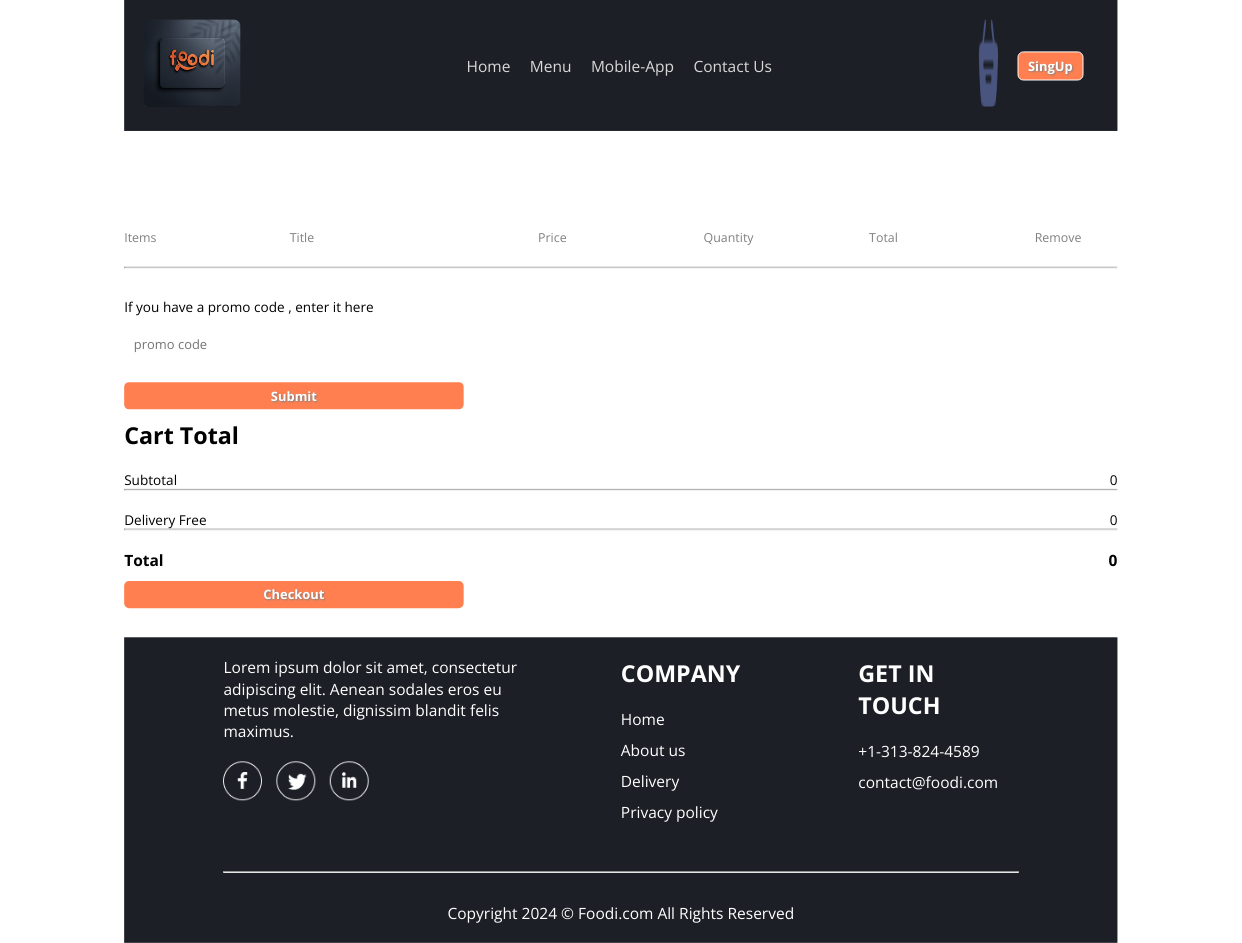
Repository: LolaSL/food-delivery-app
Page: /order (app in frontend/)
An editor plug-in stored every save of this project. The page is shown before and after the next save, followed by the edit.
The browser window is 1280 px wide. The pictures show the whole page, at 97% of full size.
The page's requests for data from a server got no answer. The project was rebuilt for these pictures with package versions that can differ from the ones it lists, and the page was loaded fresh each time. No one was signed in, and anything a server would have sent is missing. Also part of the build but not shown: frontend/vite.config.js, frontend/src/components/header/Header.jsx, frontend/src/components/explore/Explore.css, frontend/src/components/explore/Explore.jsx, frontend/src/components/foodDisplay/FoodDisplay.css, frontend/src/components/foodItem/FoodItem.css, frontend/src/components/foodItem/FoodItem.jsx, frontend/src/components/foodDisplay/FoodDisplay.jsx and 8 more.

Above is the page before, as saved 2024-05-28 20:43:51.

### frontend/index.html
<!doctype html>
<html lang="en">
  <head>
    <meta charset="UTF-8" />
    <link rel="icon" type="image/svg+xml" href="/vite.svg" />

    <meta name="viewport" content="width=device-width, initial-scale=1.0" />
    <link rel="preconnect" href="https://fonts.googleapis.com">
<link rel="preconnect" href="https://fonts.gstatic.com" crossorigin>
<link href="https://fonts.googleapis.com/css2?family=Open+Sans:ital,wght@0,300..800;1,300..800&display=swap" rel="stylesheet">
    <title>Food Delivery Application</title>
  </head>
  <body>
    <div id="root"></div>
    <script type="module" src="/src/main.jsx"></script>
  </body>
</html>

### frontend/src/main.jsx

import ReactDOM from 'react-dom/client';
import App from './App.jsx';
import './index.css';
import { BrowserRouter } from 'react-router-dom';
import StoreContextProvider from './context/StoreContext.jsx';

ReactDOM.createRoot(document.getElementById('root')).render(
  <BrowserRouter>
    <StoreContextProvider >
      <App />
    </StoreContextProvider>
  </BrowserRouter>
);

### frontend/src/App.jsx
import Navbar from "./components/navbar/Navbar.jsx";
import Home from "./pages/home/Home.jsx";
import { Routes, Route } from "react-router-dom";
import Cart from "./components/cart/Cart.jsx";
import PlaceOrder from "./components/order/PlaceOrder.jsx";
import Footer from "./components/footer/Footer.jsx";
import { useState } from "react";
import Login from "./components/login/Login.jsx";
import Verify from "./pages/verify/Verify.jsx";
import MyOrders from "./pages/myOrders/MyOrders.jsx";



function App() {

  const [showLogin, setShowLogin] = useState(false);

  return (
    <>
      {showLogin ? <Login setShowLogin={setShowLogin} /> : <div></div>}
      <div className="app">
        <Navbar setShowLogin={setShowLogin} />
        <Routes>
          <Route path="/" element={<Home />} />
          <Route path="/cart" element={<Cart />} />
          <Route path="/order" element={<PlaceOrder />} />
          <Route path="/verify" element={<Verify />} />
          <Route path="/myorders" element={<MyOrders/>} />
        </Routes>
        <Footer />
      </div>
    </>
  );
}

export default App;

### frontend/src/index.css
*{
  padding:0;
  margin:0;
  box-sizing: border-box;
  font-family: "Open Sans", sans-serif;
  scroll-behavior: smooth;
}

body{
  min-height: 100vh;

}
a{
  text-decoration: none;
  color: inherit;
}
.app{
  width: 80%;
  margin: auto;

}
@keyframes fadeIn {
0%{
  opacity: 0;
}
  100%{
    opacity:1;
  }
}

### frontend/src/context/StoreContext.jsx
import { useState, createContext, useEffect } from "react";
import PropTypes from "prop-types";
import axios from "axios";

export const StoreContext = createContext(null);

const StoreContextProvider = ({ children }) => {

  const [cartItems, setCartItems] = useState({});

  const url = "http://localhost:4000";

  const [token, setToken] = useState("");

  const [food_list, setFoodList] = useState([]);

  const addToCart = async (itemId) => {
    if (!cartItems[itemId]) {
      setCartItems((prev) => ({ ...prev, [itemId]: 1 }));
    } else {
      setCartItems((prev) => ({ ...prev, [itemId]: prev[itemId] + 1 }));
    }
    if (token) {
      await axios.post(
        url + "/api/cart/add",
        { itemId },
        { headers: { token } }
      );
    }
  };

  const removeFromCart = async (itemId) => {
    setCartItems((prev) => ({ ...prev, [itemId]: prev[itemId] - 1 }));
    if (token) {
      await axios.post(
        url + "/api/cart/remove",
        { itemId },
        { headers: { token } }
      );
    }
  };

  const getTotalCartAmount = () => {
    let totalAmount = 0;
    for (const item in cartItems) {
      if (cartItems[item] > 0) {
        let itemInfo = food_list.find((product) => product._id === item);
        totalAmount += itemInfo.price * cartItems[item];
      }
    }
    return totalAmount;
  };

  const fetchFoodList = async () => {
    const response = await axios.get(url + "/api/food/list");
    setFoodList(response.data.data);
  };

  const loadCartData = async (token) => {
    const response = await axios.post(
      url + "/api/cart/get",
      {},
      { headers: { token } }
    );

    setCartItems(response.data.cartData);
  };

  useEffect(() => {
    async function loadData() {
      await fetchFoodList();
      if (localStorage.getItem("token")) {
        setToken(localStorage.getItem("token"));
        await loadCartData(localStorage.getItem("token"));
      }
    }
    loadData();
  }, []);

  const contextValue = {
    food_list,
    cartItems,
    setCartItems,
    addToCart,
    removeFromCart,
    getTotalCartAmount,
    url,
    token,
    setToken,
  };

  return (
    <StoreContext.Provider value={contextValue}>
      {children}
    </StoreContext.Provider>
  );
};

StoreContextProvider.propTypes = {
  children: PropTypes.oneOfType([
    PropTypes.arrayOf(PropTypes.node),
    PropTypes.node,
  ]).isRequired,
};

export default StoreContextProvider;

### frontend/src/components/navbar/Navbar.jsx
import { useContext, useState } from "react";
import "./Navbar.css";
import { assets } from "../../assets/assets.js";
import { Link, useNavigate } from "react-router-dom";
import PropTypes from "prop-types";
import { StoreContext } from "../../context/StoreContext.jsx";

const Navbar = ({ setShowLogin }) => {

  const [menu, setMenu] = useState("Home");

  const { getTotalCartAmount, token, setToken } = useContext(StoreContext);

  const navigate = useNavigate();

  const logout = () => {
    localStorage.removeItem("token");
    setToken("");
    navigate("/");
  };

  return (
    <div className="navbar">
      <Link to="/">
        <img src={assets.logo} alt="logo" />
      </Link>
      <ul className="navbar-menu">
        <Link
          to="/"
          onClick={() => setMenu("Home")}
          className={menu === "Home" ? "active" : ""}
        >
          Home
        </Link>
        <a
          href="#explore-menu"
          onClick={() => setMenu("Menu")}
          className={menu === "Menu" ? "active" : ""}
        >
          Menu
        </a>
        <a
          href="#app-download"
          onClick={() => setMenu("Mobile-App")}
          className={menu === "Mobile-App" ? "active" : ""}
        >
          Mobile-App
        </a>
        <a
          href="#footer"
          onClick={() => setMenu("Contact Us")}
          className={menu === "Contact Us" ? "active" : ""}
        >
          Contact Us
        </a>
      </ul>
      <div className="navbar-right">
        <div className="navbar-search-icon">
          <Link to="/cart">
            <img src={assets.basket_icon} alt="backet icon" />
          </Link>
          <div className={getTotalCartAmount() === 0 ? "" : "dot"}></div>
        </div>
        {!token ? (
          <button className="btn-signup" onClick={() => setShowLogin(true)}>
            SingUp
          </button>
        ) : (
          <div className="navbar-profile">
            <img src={assets.profile_icon} alt="profile icon" />
            <ul className="navbar-profile-dropdown">
              <li onClick={() => navigate("/myorders")}>
                <img src={assets.bag_icon} alt="bag icon" />
                <p>Orders</p>
              </li>
              <hr />
              <li onClick={logout}>
                <img src={assets.logout_icon} alt="logout icon" />
                <p>Logout</p>
              </li>
            </ul>
          </div>
        )}
      </div>
    </div>
  );
};

Navbar.propTypes = {
  setShowLogin: PropTypes.func.isRequired,
};
export default Navbar;

### frontend/src/components/cart/Cart.jsx
import { useContext } from "react";
import "./Cart.css";
import { StoreContext } from "../../context/StoreContext";
import { useNavigate } from "react-router-dom";

const Cart = () => {

  const { cartItems, food_list, removeFromCart, getTotalCartAmount, url } = useContext(StoreContext);
  const navigate = useNavigate();

  return (
    <div className="cart">
      <div className="cart-items">
        <div className="cart-items-title">
          <p>Items</p>
          <p>Title</p>
          <p>Price</p>
          <p>Quantity</p>
          <p>Total</p>
          <p>Remove</p>
        </div>
        <br />
        <hr />
        {food_list.map((item) => {
          if (cartItems[item._id] > 0) {
            return (
              <>
                <div key={item._id} className="cart-items-title cart-items-item" >
                  <img src={url + "/images/"+ item.image} alt="" />
                  <p>{item.name}</p>
                  <p>${item.price}</p>
                  <p>{cartItems[item._id]}</p>
                  <p>${item.price * cartItems[item._id]}</p>
                  <p className="cross" onClick={() => removeFromCart(item._id)}>
                    x
                  </p>
                </div>
                <hr />
              </>
            );
          }
        })}
      </div>
      <div className="cart-bottom">
        <div className="card-promocode">
          <p>If you have a promo code , enter it here</p>
          <div className="cart-promocode-input">
            <input type="text" placeholder="promo code" />
            <button className="btn-submit">Submit</button>
          </div>
        </div>
        <div className="cart-total">
          <h2>Cart Total</h2>
        </div>
        <div className="cart-total-details">
          <p>Subtotal</p>
          <p>{getTotalCartAmount()}</p>
        </div>
        <hr />
        <div className="cart-total-details">
          <p>Delivery Free</p>
          <p>{getTotalCartAmount() === 0 ? 0 : 2}</p>
        </div>
        <hr />
        <div className="cart-total-details">
          <b>Total</b>
          <b>{getTotalCartAmount() === 0 ? 0 : getTotalCartAmount() + 2}</b>
        </div>
        <div>
          <button className="btn-checkout" onClick={() => navigate("/order")}>
            Checkout
          </button>
        </div>
      </div>
    </div>
  );
};

export default Cart;

### frontend/src/components/footer/Footer.jsx
import './Footer.css'
import { assets } from "../../assets/assets";

const Footer = () => {
  return (
    <div className="footer" id="footer">
      <div className="footer-content">
        <div className="footer-content-left">
          <p>
            Lorem ipsum dolor sit amet, consectetur adipiscing elit. Aenean
            sodales eros eu metus molestie, dignissim blandit felis maximus.
          </p>
          <div className="footer-social-icons">
            <img src={assets.facebook_icon} alt="facebook logo" />
            <img src={assets.twitter_icon} alt="twitter logo" />
            <img src={assets.linkedin_icon} alt="linkedin logo" />
          </div>
        </div>
        <div className="footer-content-center">
          <h2>COMPANY</h2>
          <ul>
            <li>Home</li>
            <li>About us</li>
            <li>Delivery</li>
            <li>Privacy policy</li>
          </ul>
        </div>
        <div className="footer-content-right">
          <h2>GET IN TOUCH</h2>
          <ul>
            <li>+1-313-824-4589</li>
            <li>contact@foodi.com</li>
          </ul>
        </div>
      </div>
      <hr />
      <p className="footer-copyright">
        Copyright 2024 &#169; Foodi.com  All Rights Reserved
      </p>
    </div>
  );
};

export default Footer;

### frontend/src/components/navbar/Navbar.css

.navbar {
  display: flex;
  justify-content: space-between;
  align-items: center;
  background-color: #1c1f26;
  color: #d9d9d9;
  padding: 20px;
}


.navbar img {
  max-width: 100px;
  margin-right: 20px;
  border-radius: 7px;
  height:90px;
}


.navbar-menu {
  list-style: none;
  display: flex;
  gap: 20px;
}

.navbar-menu li {
  cursor: pointer;
  cursor: pointer;
  transition: color 0.3s;
}

.navbar-menu li.active {
  color: #fff;
}


.navbar-right {
  display: flex;
  align-items: center;
}


.navbar-right img[src*="search_icon"] {
  width: 20px;
  margin-right: 10px;
}


.navbar-search-icon img[src*="basket_icon"] {
  width: 20px;
  margin-right: 5px;
}


.dot {
  width: 8px;
  height: 8px;
  background-color: #ff5f5f;
  border-radius: 50%;
  display: inline-block;
  margin:8px;
  padding: 2px;
}

.btn-signup {
  background-color: coral;
  border: 1px solid #fff;
  border-radius: 6px;
  color: #fff;
  padding: 5px 10px;
  cursor: pointer;
  transition: background-color 0.3s, color 0.3s;
}

.btn-signup:hover {
  background-color: #fff;
  color: #323232;
}

.navbar-profile {
  position: relative;
}

.navbar-profile-dropdown {
  position: absolute;
  display: none;
  right: 0;
  z-index: 1;
}

.navbar-profile:hover .navbar-profile-dropdown {
  display: flex;
  flex-direction: column;
  gap: 10px;
  color: black;
  background-color: #fff2ef;
  padding: 12px 25px;
  border-radius: 4px;
  border: 1px solid coral;
  outline: 2px solid white;
  list-style: none;
}

.navbar-profile-dropdown li {
  display: flex;
  align-items: center;
  gap: 10px;
  cursor: pointer;
}

.navbar-profile-dropdown img {
  width: 20px;
}

.navbar-profile-dropdown li:hover {
  color: coral;
}

@media (max-width: 1050px) {
  .navbar .logo {
    width: 140px;
  }
  .navbar-menu {
    gap: 30px;
    font-size: 17px;
  }
  .navbar-right {
    gap: 30px;
  }
  .navbar-right img {
    width: 22px;
  }

  .navbar-right button {
    padding: 8px 25px;
  }
}
@media (max-width: 900px) {
  .navbar .logo {
    width: 120px;
  }
  .navbar-menu {
    gap: 20px;
    font-size: 17px;
  }
  .navbar-right {
    gap: 30px;
  }
  .navbar-right img {
    width: 20px;
  }

  .navbar-right button {
    padding: 7px 10px;
    font-size: 15px;
  }
}

@media (max-width: 750px) {
  .navbar-menu {
    display: none;
  }
}

### frontend/src/components/cart/Cart.css
.cart {
  margin-top: 100px;
}

.cart-items {
  width: 100%;
  overflow-x: auto;
}

.cart-items-title {
  display:grid;
  grid-template-columns: 1fr 1.5fr 1fr 1fr 1fr 0.5fr;
  align-items; center;
  color: grey;
 font-size:max(1vw, 12px);
}

.cart-items-item {
margin: 10px 0px;
color-black
}

.cart-items-item img {
  width: 50px;
  height: auto;
  margin-right: 10px;
  border-radius: 6px;
}

.cart-items-item p {
  margin: 0 5px;
}


.cart-items-item p:last-child {
  cursor: pointer;
  color: red;
}

.cart-bottom{
  margin-top: 80ps;
}
.cart-total {
  flex:1;
  display: flex;
  flex-direction: column;
  gap:20px;

}
.btn-checkout,  .btn-submit{
  border: none;
  color: white;
  background-color:coral;
  width: max(12vw, 350px);
  margin:10px auto;
  cursor:pointer;

}
.cart-total-details{
display: flex;
justify-content: space-between;
margin-top: 20px;
}
.cart-total-details p{
  font-size: 14px;
}
.card-promocode{
  margin-top:30px;
  bottom: 10px;
}
.card-promocode p{
  margin-bottom:10px;
  font-size: 14px;
}

.cart-promocode-input input{
  border: none;
  outline-color: coral;
}

 @media only screen and (max-width: 750px) {
  .cart-items-title, .cart-items-item {
    flex-direction: column;
    align-items: flex-start;
  }

  .cart-items-item img {
    width: 100%;
 }

.cart-items-item p {
    width: 100%;
 margin-bottom: 5px;
  }

 }

### frontend/src/components/order/PlaceOrder.css

.order {
  display: flex;
  align-items:start;
  justify-content: space-between;
  gap: 20px;
  padding: 20px;
  margin-top:10px;
}

.order-left {
  flex: 1;
}

.title {
  font-weight: bold;
  margin-bottom: 10px;
}

input {
  width: 100%;
  padding: 10px;
  margin-bottom: 10px;
  border: 1px solid #ddd;
  border-radius: 4px;
  outline-color:coral;
}


.multi-fields {
  display: flex;
  gap: 10px;
}


.order-right {
  flex: 1;
}


.cart-totals-details {
  display: flex;
  justify-content: space-between;
  margin-bottom: 10px;
}


.btn-payment {
  background-color: coral;
  color: white;
  padding: 10px;
  border: none;
  border-radius: 4px;
  cursor: pointer;
}


@media only screen and (max-width: 768px) {
  .order {
    flex-direction: column;
  }

  .order-left, .order-right {
    width: 100%;
  }
}

### frontend/src/components/footer/Footer.css

.footer {
  background-color: #1c1f26;
  padding: 20px;
  margin-top: 20px;
  gap: 20px;
  color: white;
  padding-top: 80px;
  padding: 20px 8vw;
  display: flex;
  flex-direction: column;
 }

 /* .footer-content-left .logo-img{
border-radius: 7px;
max-width: 100px;
height:auto;
} */
.footer-content {
  width: 100%;
  display: grid;
  grid-template-columns: 2fr 1fr 1fr;
  gap: 80px;
}
.footer-content li{
  list-style: none;
  text-decoration: none;
}
.footer-content-left,.logo-img,
.footer-content-right,
.footer-content-center {
  display: flex;
  flex-direction: column;
  align-items: start;
  gap: 20px;
}
.footer-content-left,
.footer-content-right,
.footer-content-center {
  margin-bottom: 10px;
  cursor: pointer;
}

.footer-content-left li,
.footer-content-right li,
.footer-content-center li {
  margin-bottom: 10px;

}
.footer-content-right h2,
.footer-content-center h2 {
  color: white;
}

.footer-social-icons img {
  width: 40px;
  margin-right: 15px;
}
.footer hr {
  width: 100%;
  height: 2px;
  margin: 10px 0px;
}
.footer-copyright {
  text-align: center;
}

@media (max-width: 750px) {
  .footer-content {
    display: flex;
    flex-direction: column;
    gap: 35px;
  }
  .footer-copyright {
    text-align: center;
  }
}

### frontend/src/components/header/Header.css
.header-container {
  height: 32vw;
  margin: 30px auto;
  background: url("header_img.png") no-repeat;
  background-repeat: no-repeat;
  background-size: contain;
  background-position: center;
  position: relative;
  object-fit: contain;
  padding: 20px;
}

.header-content {
  position: absolute;
  display: flex;
  flex-direction: column;
  align-items: start;
  gap: 1.5vw;
  max-width: 60%;
  bottom: 10%;
  left: 6vw;
  animation: fadeIn 4s;
}

.header-content h3 {
  font-weight: 500;
  color:white;
  font-size: max(3.6vw, 22px);
  text-shadow: 1px 1px 2px grey;
}

.header-content p {
  color: white;
  font-size: 1.3vw;
  text-shadow: 1px 1px 2px grey;
  text-align: justify;
}

button {
  margin: 15px;
  background-color: transparent;
  border: 1px solid #fff;
  border-radius: 5px;
  text-shadow: 1px 1px 2px grey;
  color: #fff;
  padding: 5px 10px;
  font-weight: bold;
  cursor: pointer;
  transition: background-color 0.3s, color 0.3s;
}


@media (max-width: 1050px) {
  .header-content {
    max-width: 65%;
  }
}

@media (max-width: 750px) {
  .header-content {
    max-width: 70%;
  }
  .header-content p{
  display: none;
  }
  .header-content button{
    padding: 4px 8px;
    }
}

Loaded but not shown: frontend/src/assets/assets.js (350 lines, source omitted); frontend/src/components/order/PlaceOrder.jsx (186 lines, source omitted)

After the next save:
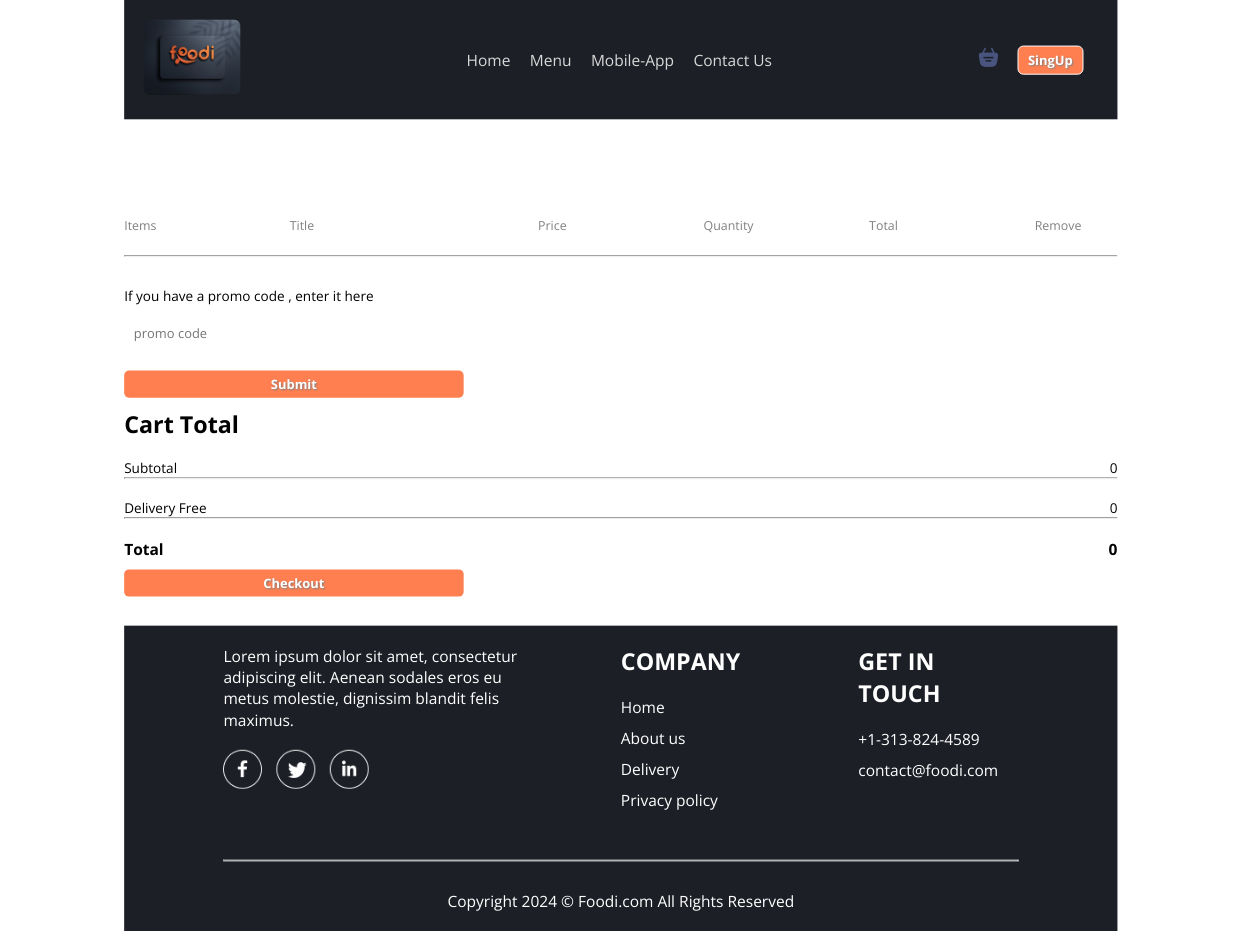
Saved 5 s later.
--- a/frontend/src/components/navbar/Navbar.css
+++ b/frontend/src/components/navbar/Navbar.css
@@ -13,7 +13,7 @@
   max-width: 100px;
   margin-right: 20px;
   border-radius: 7px;
-  height:90px;
+
 }
 
 
